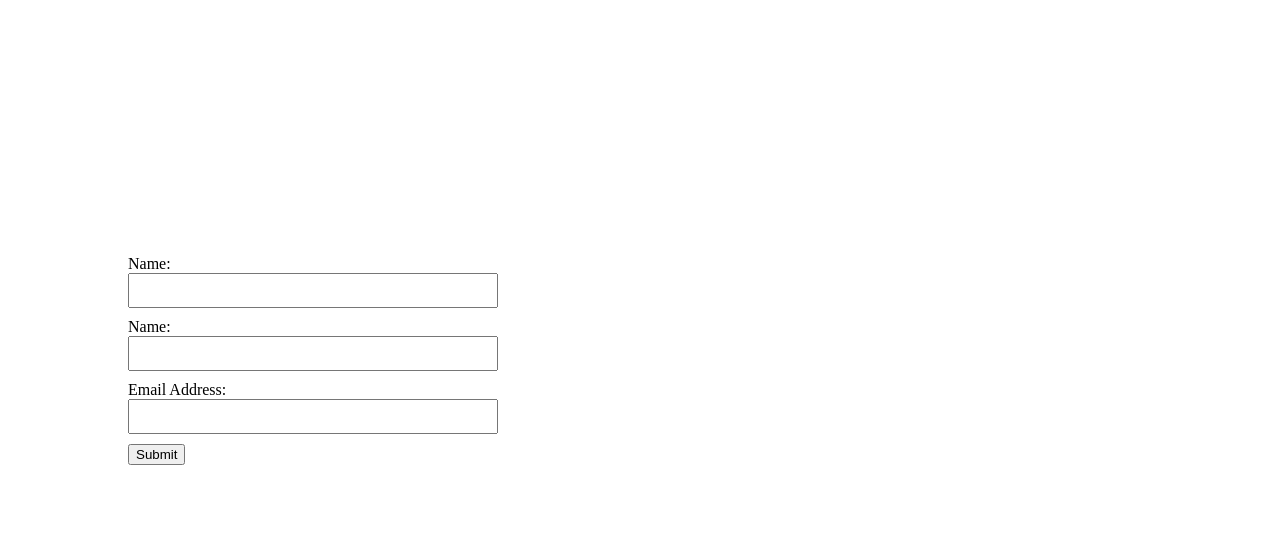
Repository: lamilekan263/contactKeep
Page: index.html
These files come from the project's save history. The page is drawn as it stood at one moment and after the next save; the edit follows.
The browser window is 1280 px wide. The pictures show the whole page.

Above is the page before, as saved 2020-09-11 18:32:28.

### index.html
<!DOCTYPE html>
<html lang="en">
<head>
    <meta charset="UTF-8">
    <meta name="viewport" content="width=device-width, initial-scale=1.0">
    <link rel="stylesheet" href="main.css">
    <title>Pure Javascript Form</title>
</head>
<body>
    <div class="container">
        <form id="form-given">
            <div>
                <label for="name">Name:</label>
                <input type="text" name="name">
            </div>
            <div>
                <label for="name">Name:</label>
                <input type="text" name="name">
            </div>
            <div>
                <label for="email">Email Address:</label>
                <input type="text" name="email">
            </div>
            <button>Submit</button>
        </form>
    </div>
    <script src="main.js"></script>
</body>
</html>

### main.css
body{
    margin:0;
    padding:0;
    display:flex;
    align-items: center;
    justify-content: center;
    height:100vh;
}

.container{
    width:80%;
    margin:0 auto;


}

form{
    width:350px;

}

form input{
    display:block;
    margin-bottom:10px;
    width:100%;
    padding:8px;
}

### main.js
const form = document.querySelector('#form-given');


form.addEventListener('submit', (e) =>{
    e.preventDefault();
    const name = form['name'].value
    const email = form['email'].value
    console.log(name, email)
})

After the next save:
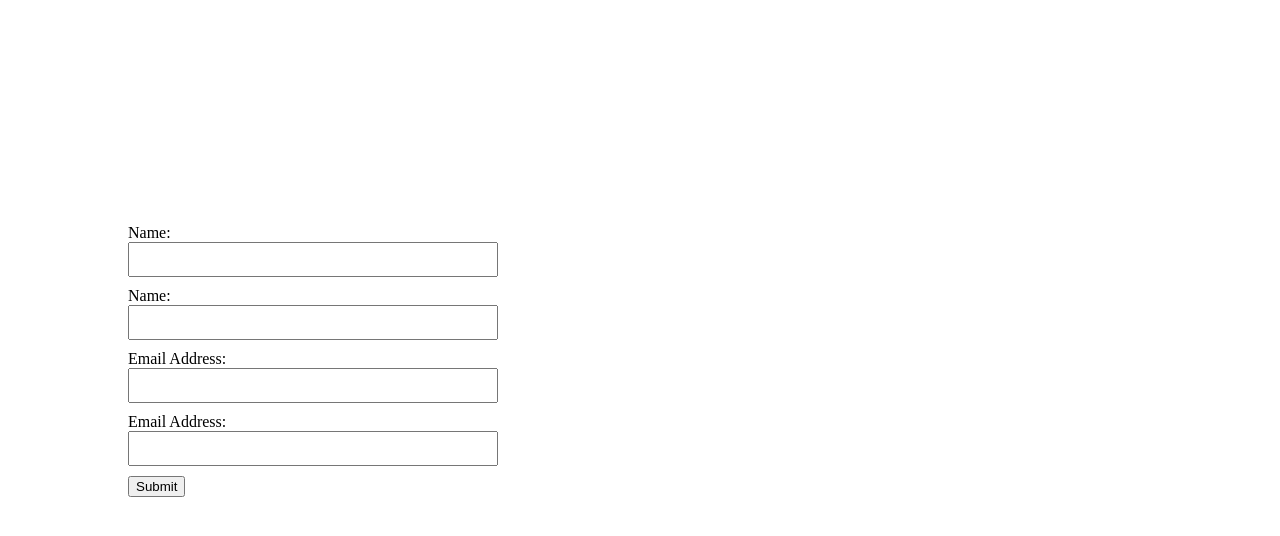
Saved 10 s later.
--- a/index.html
+++ b/index.html
@@ -21,6 +21,10 @@
                 <label for="email">Email Address:</label>
                 <input type="text" name="email">
             </div>
+            <div>
+                <label for="email">Email Address:</label>
+                <input type="text" name="email">
+            </div>
             <button>Submit</button>
         </form>
     </div>
